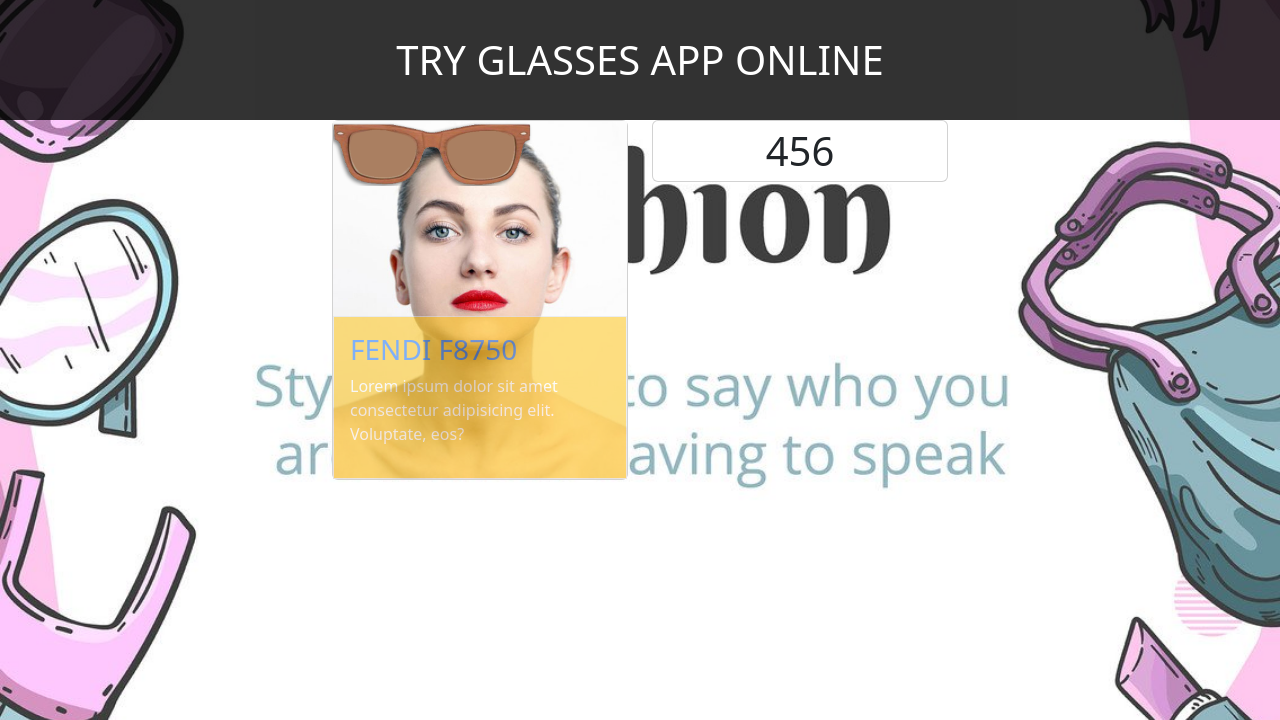
Repository: akira17518/React_JS_Glasses
Page: /
An editor plug-in stored every save of this project. The page is shown before and after the next save, followed by the edit.
The browser window is 1280 px wide. The pictures show the whole page.
The project was rebuilt for these pictures with package versions that can differ from the ones it lists, and the page was loaded fresh each time.

Above is the page before, as saved 2023-05-10 10:29:05.

### public/index.html
<!DOCTYPE html>
<html lang="en">

<head>
  <meta charset="utf-8" />
  <link rel="icon" href="%PUBLIC_URL%/favicon.ico" />
  <meta name="viewport" content="width=device-width, initial-scale=1" />
  <meta name="theme-color" content="#000000" />
  <meta name="description" content="Web site created using create-react-app" />
  <link rel="apple-touch-icon" href="%PUBLIC_URL%/logo192.png" />
  <!--
      manifest.json provides metadata used when your web app is installed on a
      user's mobile device or desktop. See https://developers.google.com/web/fundamentals/web-app-manifest/
    -->
  <link rel="manifest" href="%PUBLIC_URL%/manifest.json" />
  <link href="https://cdn.jsdelivr.net/npm/bootstrap@5.3.0-alpha3/dist/css/bootstrap.min.css" rel="stylesheet"
    integrity="sha384-KK94CHFLLe+nY2dmCWGMq91rCGa5gtU4mk92HdvYe+M/SXH301p5ILy+dN9+nJOZ" crossorigin="anonymous">
  <!--
      Notice the use of %PUBLIC_URL% in the tags above.
      It will be replaced with the URL of the `public` folder during the build.
      Only files inside the `public` folder can be referenced from the HTML.

      Unlike "/favicon.ico" or "favicon.ico", "%PUBLIC_URL%/favicon.ico" will
      work correctly both with client-side routing and a non-root public URL.
      Learn how to configure a non-root public URL by running `npm run build`.
    -->
  <title>React App</title>
</head>

<body class="">
  <noscript>You need to enable JavaScript to run this app.</noscript>
  <div id="root"></div>
  <!--
      This HTML file is a template.
      If you open it directly in the browser, you will see an empty page.

      You can add webfonts, meta tags, or analytics to this file.
      The build step will place the bundled scripts into the <body> tag.

      To begin the development, run `npm start` or `yarn start`.
      To create a production bundle, use `npm run build` or `yarn build`.
    -->
  <script src="https://cdn.jsdelivr.net/npm/bootstrap@5.3.0-alpha3/dist/js/bootstrap.bundle.min.js"
    integrity="sha384-ENjdO4Dr2bkBIFxQpeoTz1HIcje39Wm4jDKdf19U8gI4ddQ3GYNS7NTKfAdVQSZe"
    crossorigin="anonymous"></script>
</body>

</html>

### src/index.js
import React from 'react';
import ReactDOM from 'react-dom/client';
import App from './App';

const root = ReactDOM.createRoot(document.getElementById('root'));
root.render(
    <App></App>
);

### src/App.js
import React, { Component } from 'react'
import BaiTapSetState from './BTsetState/BaiTapSetState'
import appCSS from './assets/app.module.css'
export default class App extends Component {
    render() {
        return (
            <div className={`${appCSS.app} vh-100`}>
                <BaiTapSetState></BaiTapSetState>
            </div>
        )
    }
}

### src/BTsetState/BaiTapSetState.jsx
import React, { Component } from 'react'
import HeaderComponent from './HeaderComponent'
import Content from './Content'

export default class extends Component {
  render() {
    return (
      <div>
        <div>
          <HeaderComponent></HeaderComponent>
        </div>
        <div className='w-50 m-auto fs-1 text-center'>
          <Content></Content>
        </div>
      </div>
    )
  }
}

### src/assets/app.module.css
.app {
    background:  url(../../public/img/background.jpg);
    background-position: center;
    background-repeat: no-repeat;
    background-size: cover;
}

### src/BTsetState/HeaderComponent.jsx
import React, { Component } from 'react'
import headerStyle from '../assets/header.module.css'
export default class HeaderComponent extends Component {
    render() {
        return (
            <div className={`${headerStyle.header}`}>TRY GLASSES APP ONLINE</div>
        )
    }
}

### src/BTsetState/Content.jsx
import React, { Component } from 'react'

export default class Content extends Component {
  render() {
    return (
      <div className='container'>
        <div className="top-model">
          <div className="row">
            <div className="col-6">
              <div className='card-left card position relative'>
              <img src="./img/v1.png" alt=""  className='position-absolute' width={200}/>
                <img src="./img/model.jpg" alt="" />
                <div className="card-body fs-6 text-start position-absolute bottom-0 end-0 start-0 opacity-50 bg-warning border">
                  <h3 className='text-primary'>FENDI F8750</h3>
                  <p className='text-white'>Lorem ipsum dolor sit amet consectetur adipisicing elit. Voluptate, eos?</p>
                </div>
              </div>
            </div>
            <div className="col-6">
              <div className='card-right card'>
                <img src="" alt="" />
                456
              </div>
            </div>
          </div>
        </div>

      </div>
    )
  }
}

### src/assets/header.module.css
.header {
    background-color: black;
    opacity: 0.8;
    color: #fff;
    text-align: center;
    font-size: 40px;
    padding: 30px;
}

After the next save:
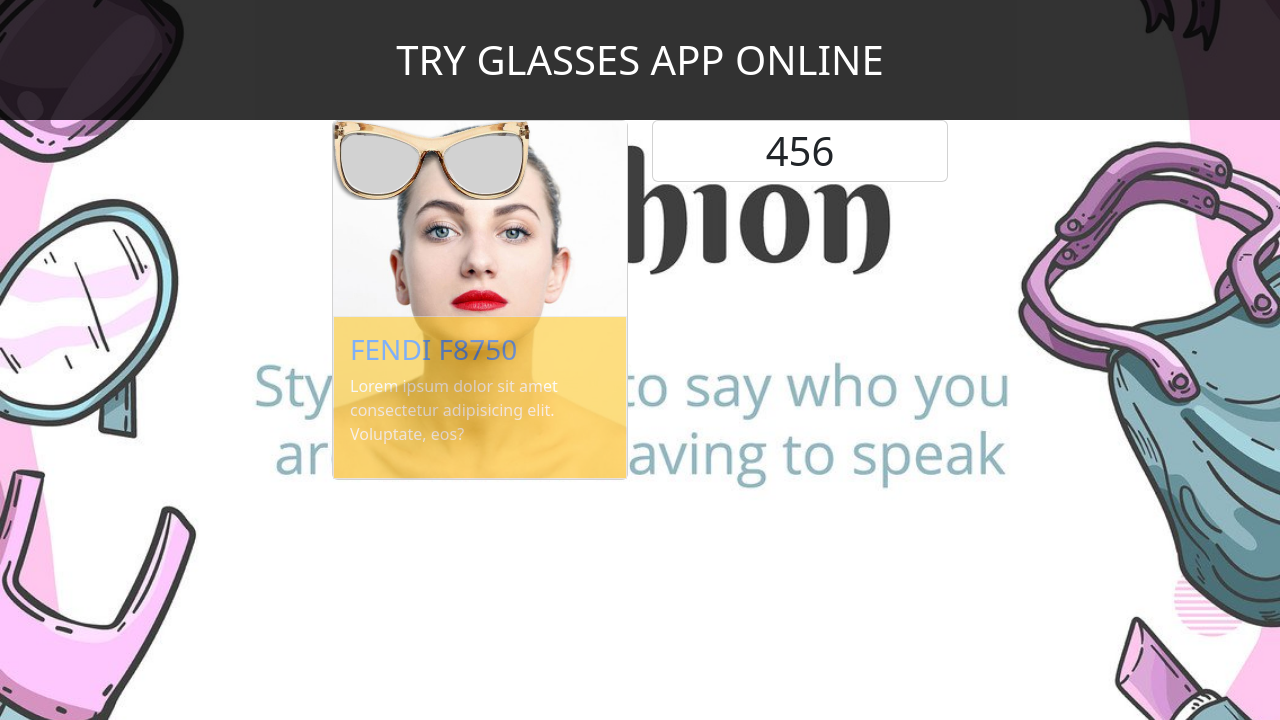
Saved 12 s later.
--- a/src/BTsetState/Content.jsx
+++ b/src/BTsetState/Content.jsx
@@ -8,7 +8,7 @@
           <div className="row">
             <div className="col-6">
               <div className='card-left card position relative'>
-              <img src="./img/v1.png" alt=""  className='position-absolute' width={200}/>
+              <img src="./img/v5.png" alt=""  className='position-absolute' width={200}/>
                 <img src="./img/model.jpg" alt="" />
                 <div className="card-body fs-6 text-start position-absolute bottom-0 end-0 start-0 opacity-50 bg-warning border">
                   <h3 className='text-primary'>FENDI F8750</h3>
